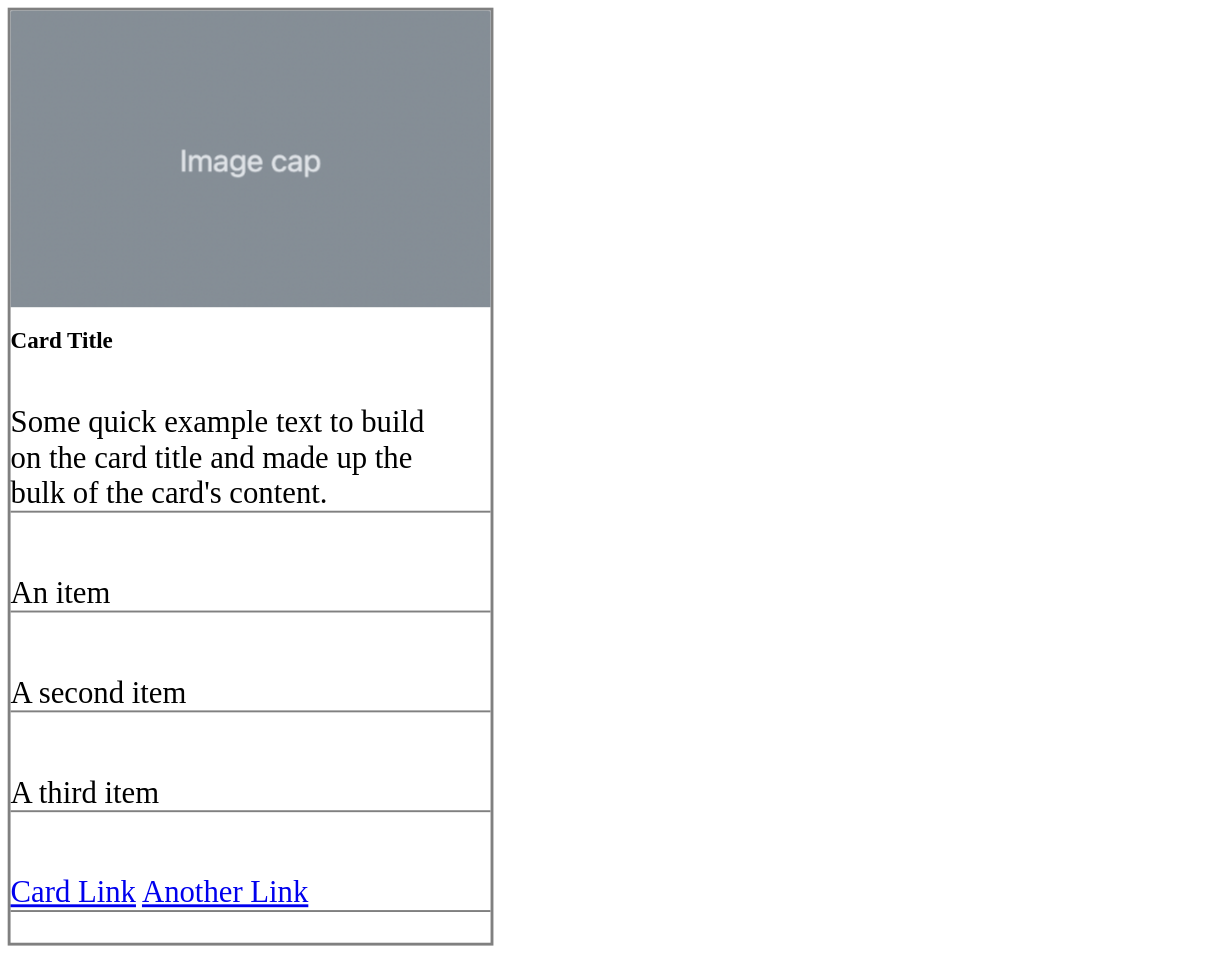
Repository: tr2cky/nav
Page: card.html
These files come from the project's save history. The page is drawn as it stood at one moment and after the next save; the edit follows.
The browser window is 1280 px wide. The pictures show the whole page, at 96% of full size.

Above is the page before, as saved 2022-09-27 16:17:23.

### card.html
<!DOCTYPE html>
<html lang="en">

<head>
    <meta charset="UTF-8">
    <meta http-equiv="X-UA-Compatible" content="IE=edge">
    <meta name="viewport" content="width=device-width, initial-scale=1.0">
    <title>Document</title>
    <link rel="stylesheet" href="style.css">
</head>

<body>
    <article class="container">
        <img src="imagecap.png" alt="Image Cap">
        <h2>Card Title</h2>
        <p>Some quick example text to build <br>
            on the card title and made up the <br>
            bulk of the card's content.</p>
        <p>An item</p>
        <p>A second item</p>
        <p>A third item</p>
        <p><a href="https://google.com">Card Link</a> <a href="https://twitter.com">Another Link</a></p>
    </article>
</body>

</html>

### style.css
.container {
    display: flex;
    flex-direction: column;
    border: 3px solid gray;
    max-width: 500px;
    gap: 1px;
}
.container > img {
    width: 500px;
}
.container > p {
    font-size: 2rem;
    border-bottom: 2px solid gray;
}

After the next save:
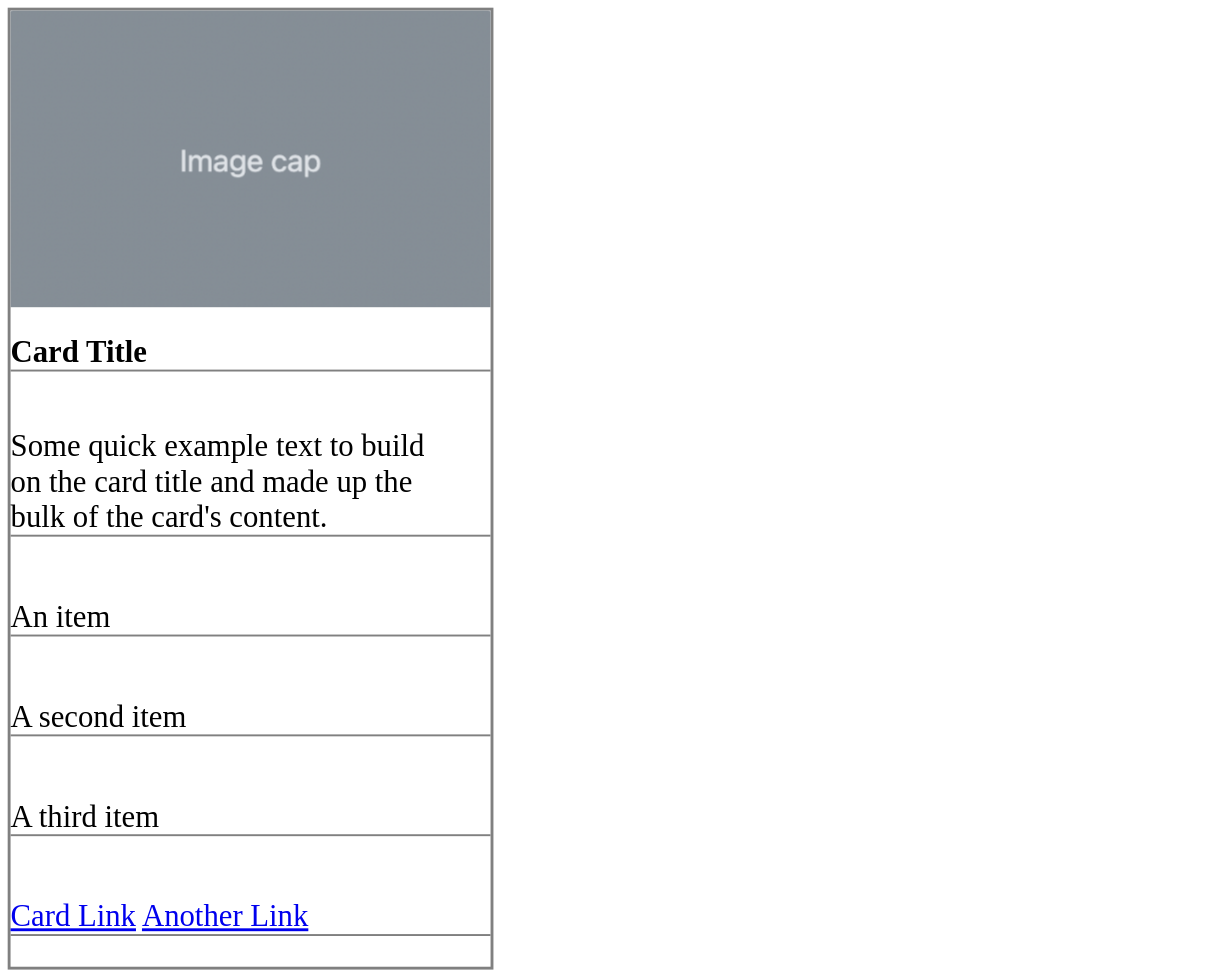
Saved 17 s later.
--- a/style.css
+++ b/style.css
@@ -8,7 +8,7 @@
 .container > img {
     width: 500px;
 }
-.container > p {
+.container > p, h2 {
     font-size: 2rem;
     border-bottom: 2px solid gray;
 }
